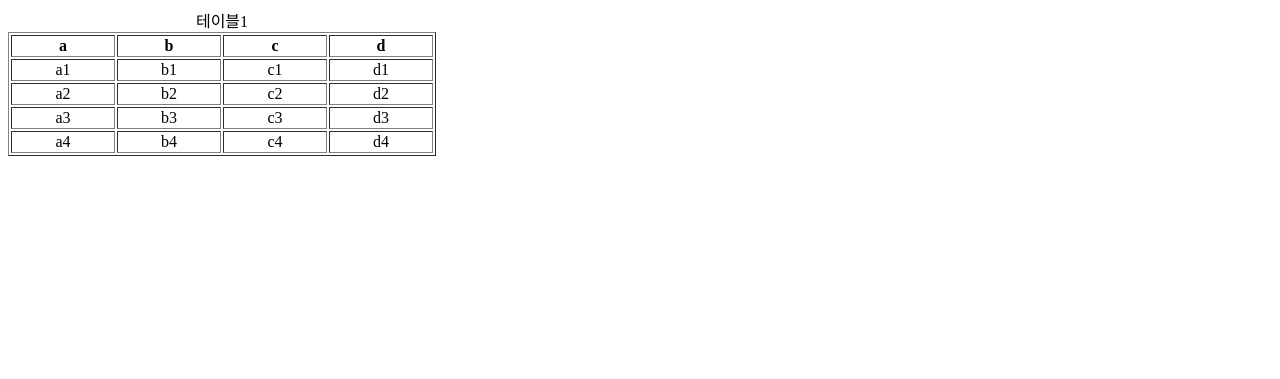
Repository: roditee/Frontend_ex
Page: HTML01/src/main/webapp/table.html
An editor plug-in stored every save of this project. The page is shown before and after the next save, followed by the edit.
The browser window is 1280 px wide. The pictures show the whole page.

Above is the page before, as saved 2021-12-02 05:13:06.

After the next save:
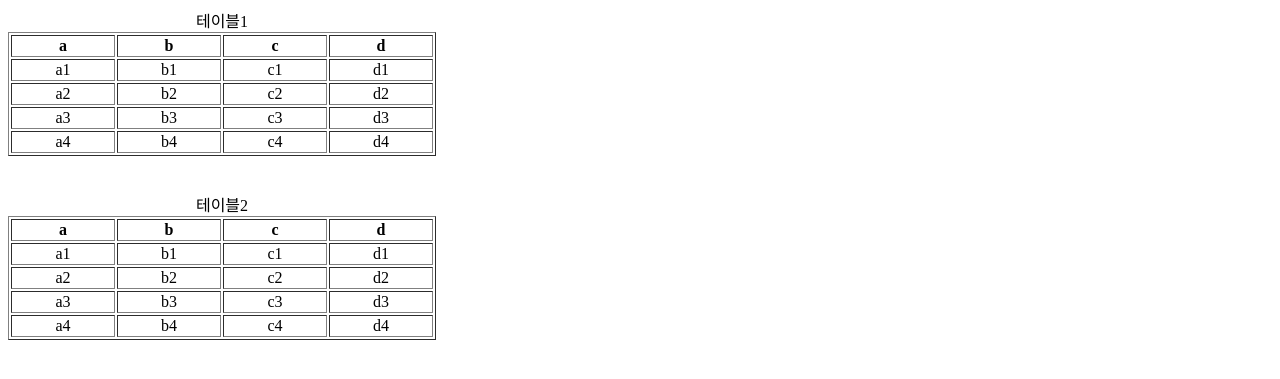
Saved 58 s later.
--- a/HTML01/src/main/webapp/table.html
+++ b/HTML01/src/main/webapp/table.html
@@ -17,5 +17,16 @@
 			<tr><td>a3</td><td>b3</td><td>c3</td><td>d3</td></tr>
 			<tr><td>a4</td><td>b4</td><td>c4</td><td>d4</td></tr>
 		</table>
+
+		<br><br>
+		<table border="1">
+			<caption>테이블2</caption>
+			<thead align="center">
+			<tr><th>a</th><th>b</th><th>c</th><th>d</th></tr>
+			<tr><td>a1</td><td>b1</td><td>c1</td><td>d1</td></tr>
+			<tr><td>a2</td><td>b2</td><td>c2</td><td>d2</td></tr>
+			<tr><td>a3</td><td>b3</td><td>c3</td><td>d3</td></tr>
+			<tr><td>a4</td><td>b4</td><td>c4</td><td>d4</td></tr>
+		</table>
 	</body>
 </html>
